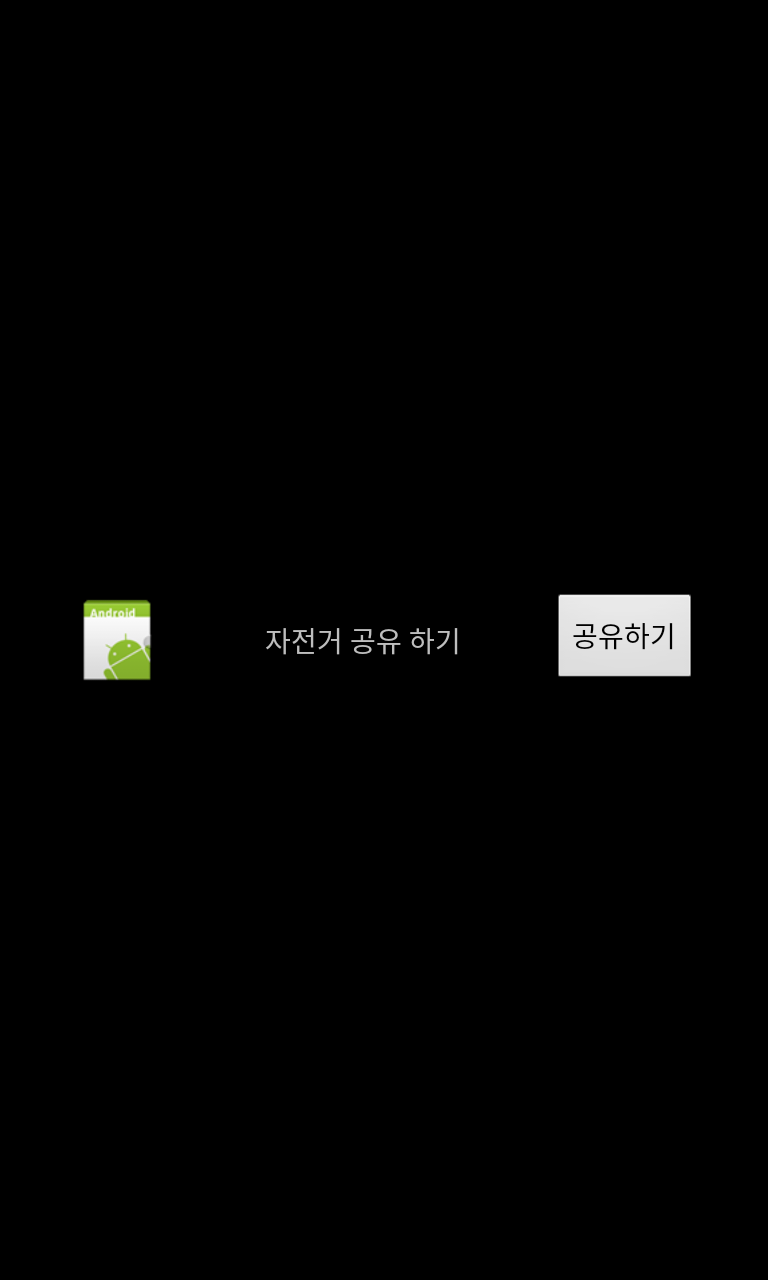
Repository: ET-Bike/E.T-Bike
Layout: Android_Client_ETBike/ETBike/ETBike/res/layout/registertitlebar.xml
The author's editor kept a copy of each file at every save. The layout is drawn from the files as they stood at one save, then again after the next save.
It is drawn on a 768 x 1280 px phone screen (xhdpi) without system bars, with theme android:Theme.NoTitleBar; the app's code is not run.

Above is the layout before, as saved 2012-11-08 03:19:13.

### Android_Client_ETBike/ETBike/ETBike/res/layout/registertitlebar.xml
<?xml version="1.0" encoding="utf-8"?>
<LinearLayout xmlns:android="http://schemas.android.com/apk/res/android"
    android:layout_width="match_parent"
    android:layout_height="match_parent"
    android:orientation="horizontal"
    android:gravity="center" >

    <ImageView
        android:layout_width="wrap_content"
        android:layout_height="wrap_content"
        android:background="@drawable/icon"

        />

    <TextView
        android:layout_width="wrap_content"
        android:layout_height="wrap_content"
        android:text="자전거 공유 하기"
        android:layout_marginLeft="50dp"
        />

    <Button
        android:layout_width="wrap_content"
        android:layout_height="wrap_content"
        android:text="공유하기"
        android:layout_marginLeft="45dp"
        />


</LinearLayout>

After the next save:
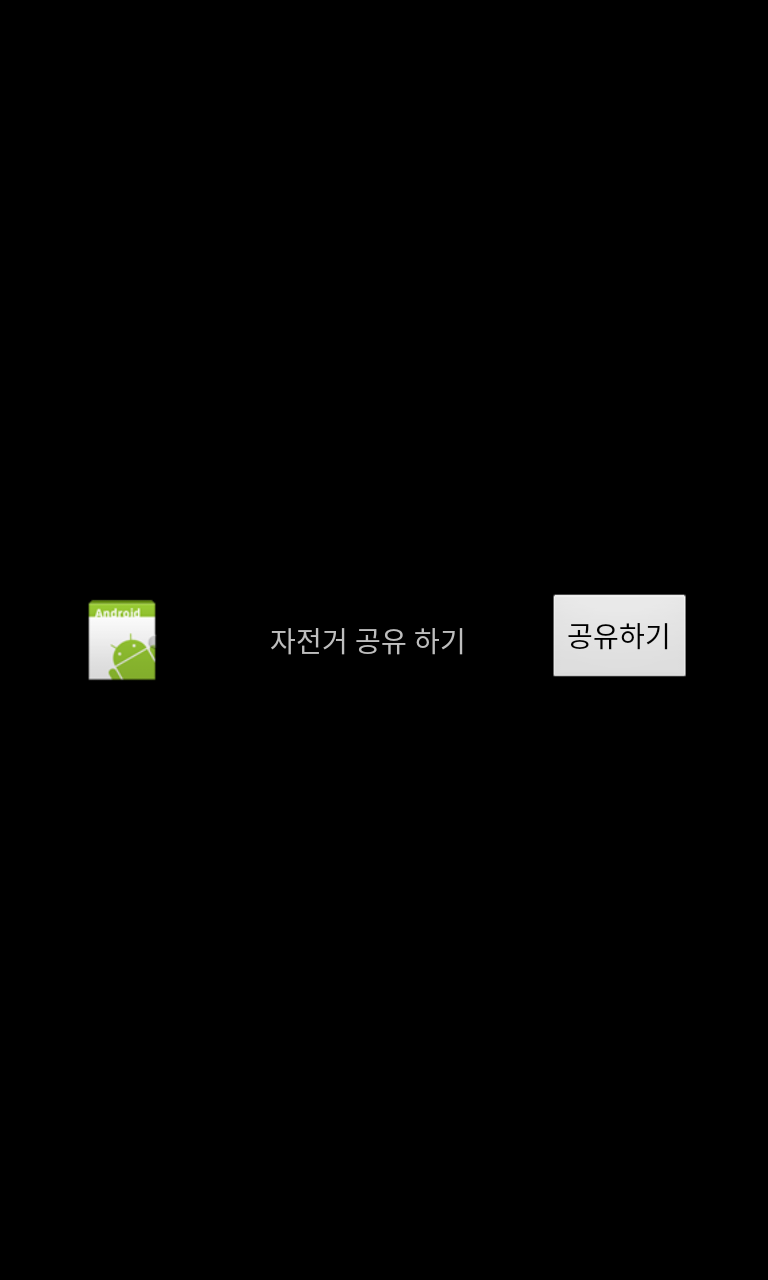
Saved 6 s later.
--- a/Android_Client_ETBike/ETBike/ETBike/res/layout/registertitlebar.xml
+++ b/Android_Client_ETBike/ETBike/ETBike/res/layout/registertitlebar.xml
@@ -23,7 +23,7 @@
         android:layout_width="wrap_content"
         android:layout_height="wrap_content"
         android:text="공유하기"
-        android:layout_marginLeft="45dp"
+        android:layout_marginLeft="40dp"
         />
 
 
